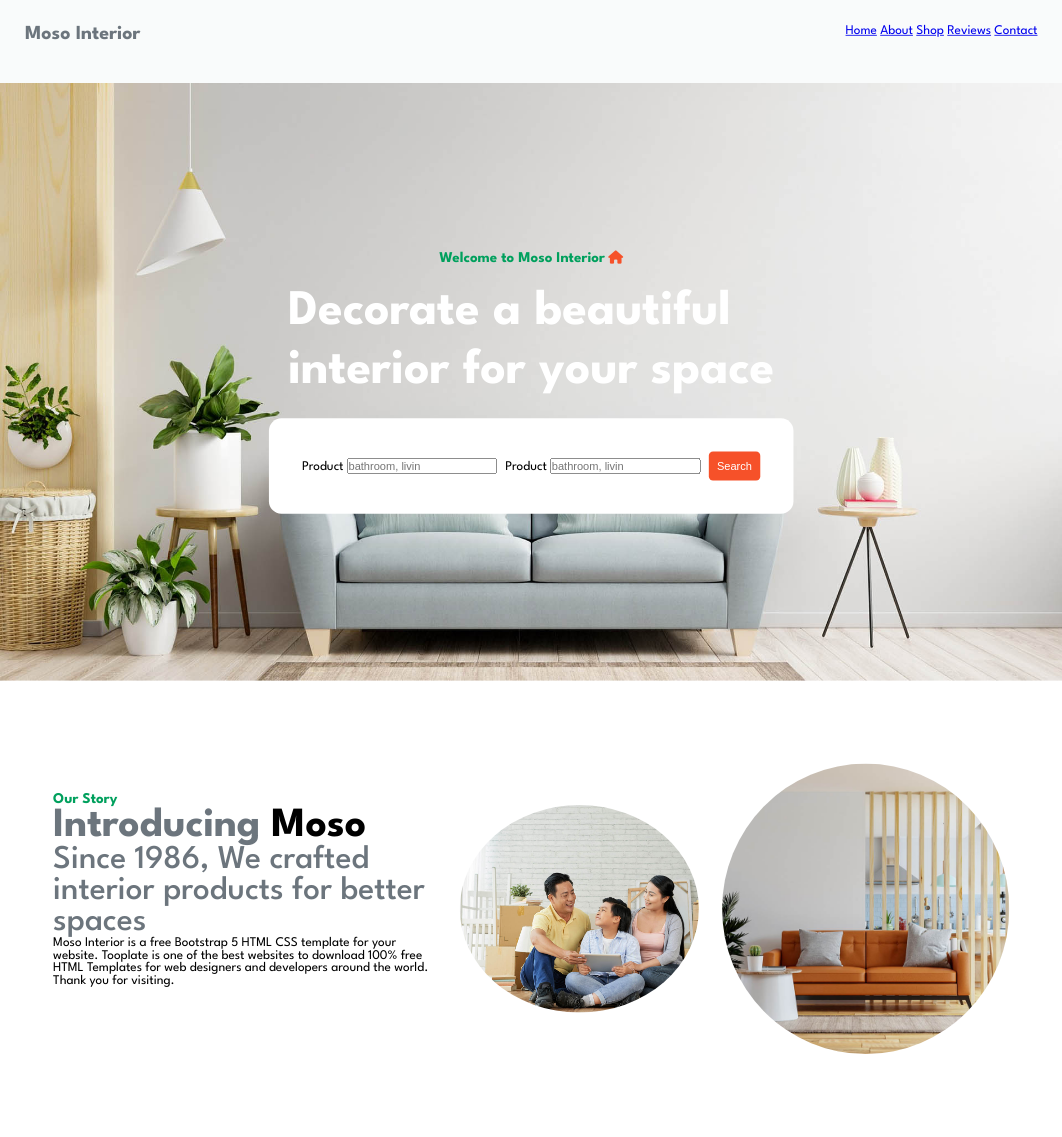
Repository: mariamnabil23/furniture
Page: index.html
The author's editor kept a copy of each file at every save. The page is drawn from the files as they stood at one save, then again after the next save.
The browser window is 1280 px wide. The pictures show the whole page, at 83% of full size.
Some web fonts or font styles are not loaded; a fallback is used.

Above is the page before, as saved 2024-10-30 16:23:35.

### index.html
<!DOCTYPE html>
<html lang="en">

<head>
    <meta charset="UTF-8">
    <meta name="viewport" content="width=device-width, initial-scale=1.0">
    <title>Furnture</title>

    <!-- font awesome -->
    <link rel="stylesheet" href="https://cdnjs.cloudflare.com/ajax/libs/font-awesome/6.0.0-beta3/css/all.min.css">

    <!-- google font -->
    <link rel="preconnect" href="https://fonts.googleapis.com">
    <link rel="preconnect" href="https://fonts.gstatic.com" crossorigin>
    <link
        href="https://fonts.googleapis.com/css2?family=Anton&family=DM+Sans:ital,opsz,wght@0,9..40,100..1000;1,9..40,100..1000&family=Inter:wght@100..900&family=Karla:ital,wght@0,200..800;1,200..800&family=League+Spartan:wght@100..900&family=Montserrat:ital,wght@0,100..900;1,100..900&family=Nunito:ital,wght@0,200..1000;1,200..1000&family=Playwrite+GB+S:ital,wght@0,100..400;1,100..400&family=Saira+Semi+Condensed:wght@100;200;300;400;500;600;700;800;900&family=Sorts+Mill+Goudy:ital@0;1&family=Tajawal:wght@200;300;400;500;700;800;900&family=Work+Sans:ital,wght@0,100..900;1,100..900&family=Yellowtail&family=Zen+Dots&display=swap"
        rel="stylesheet">


    <link rel="stylesheet" href="style.css">
</head>

<body>
    <div class="container">
        <div class="navbar">
            <div class="left">
                <h2>Moso Interior</h2>
            </div>
            <div class="right">
                <ul>
                    <li><a href="#">Home</a></li>
                    <li><a href="#">About</a></li>
                    <li><a href="#">Shop</a></li>
                    <li><a href="#">Reviews</a></li>
                    <li><a href="#">Contact</a></li>
                </ul>
            </div>
        </div>

        <!-- home section -->
        <section class="home">
            <div class="content">
                <div class="top">
                    <h5>Welcome to Moso Interior</h5>
                    <i class="fas fa-home"></i>
                </div>
                <div class="middle">
                    <h1>Decorate a beautiful <br> interior for your space</h1>
                </div>
                <div class="bottom">
                    <div class="l">
                        <label>Product</label>
                        <input placeholder="bathroom, livin">
                    </div>
                    <div class="r">
                        <label>Product</label>
                        <input placeholder="bathroom, livin">
                    </div>
                    <div class="btn">
                        <button>Search</button>
                    </div>
                    <div class="down"><i class="fas fa-arrow"></i></div>
                </div>
            </div>
        </section>

        <!-- about section -->
        <section class="about">
            <div class="content">
                <div class="left">
                    <h5>Our Story</h5>
                    <h1>Introducing <span>Moso</span></h1>
                    <h2>Since 1986, We crafted <br> interior products for better <br> spaces</h2>
                    <p>Moso Interior is a free Bootstrap 5 HTML CSS template for your website. Tooplate is one of the
                        best websites to download 100% free HTML Templates for web designers and developers around the
                        world. Thank you for visiting.</p>
                </div>
                <div class="middle">
                    <img src="/images/about1.jpg">
                </div>
                <div class="right">
                    <img src="/images/about2.jpg">
                </div>
            </div>
        </section>
    </div>
</body>

</html>

### style.css
@import url('https://fonts.googleapis.com/css2?family=Anton&family=DM+Sans:ital,opsz,wght@0,9..40,100..1000;1,9..40,100..1000&family=Inter:wght@100..900&family=Karla:ital,wght@0,200..800;1,200..800&family=League+Spartan:wght@100..900&family=Montserrat:ital,wght@0,100..900;1,100..900&family=Nunito:ital,wght@0,200..1000;1,200..1000&family=Playwrite+GB+S:ital,wght@0,100..400;1,100..400&family=Saira+Semi+Condensed:wght@100;200;300;400;500;600;700;800;900&family=Sorts+Mill+Goudy:ital@0;1&family=Tajawal:wght@200;300;400;500;700;800;900&family=Work+Sans:ital,wght@0,100..900;1,100..900&family=Yellowtail&family=Zen+Dots&display=swap');


*{
    box-sizing: border-box;
    padding: 0;
    margin: 0;
}
body{
    font-family: "League Spartan", sans-serif;
}
ul{
    list-style: none;
}

.navbar{
    width: 100%;
    height: 100px;
    background-color: rgb(249, 251, 251);
    padding: 30px;
}
.navbar .left{
    float: left;
    display: inline;
}
.navbar .right{
    float: right;
    display: inline;
}
.navbar .right ul li{
    display: inline;
}


/* home */
.home{
    width: 100%;
    height: 100vh;
    background-image: url("/images/home-bg-1.jpg");
    background-size: cover;
    display: flex;
    flex-direction: column;
    align-items: center;
    justify-content: center;
    align-items: center;
}
.home .content{
    display: flex;
    flex-direction: column;
    align-items: center;
    justify-content: center;
    align-items: center;
}
.home .top h5{
    display: inline;
    color: #00a05d;
    font-size: 18px;
}
.home .top i{
    color: #f65129;
}
.home .middle h1{
    color: white;
    font-size: 60px;
    margin: 20px 0;
    line-height: 1.2;
}
.home .bottom {
    background: white;
    border-radius: 15px;
    padding: 40px;
    display: flex;
}
.home .bottom .l,
.home .bottom .r{
    margin: auto;
}
.home .bottom .r,
.home .bottom .btn{
    padding-left: 10px;
}
.home .bottom button{
    background: #f65129;
    padding: 10px;
    color: white;
    border: none;
    border-radius: 5px;
}


/* about */

.about{

}
.about .content{
    display: flex;
    justify-content: space-between;
    align-items: center;
    width: 90%;
    margin: 100px auto;
}
.about .left{
    width: 40%;
    height: 280px;
}
.about .left h5{
    color: #00a05d;
    font-size: 18px;
}
.about .middle{
    width: 25%;
    height: 250px;
}
.about .middle img{
    width: 100%;
    height: 100%;
    object-fit: cover;
    border-radius: 100%;
}
.about .right{
    width: 30%;
    height: 350px;
}
.about .right img{
    width: 100%;
    height: 100%;
    object-fit: cover;
    border-radius: 100%;
}
.about .left h1, h2{
    color: #6c757d;
}
.about .left h1{
    font-size: 50px;
    font-weight: ;
}
.about .left h2{
    font-size: 40px;
    font-weight: 500;

}
.about .left span{
    color: black;
}

After the next save:
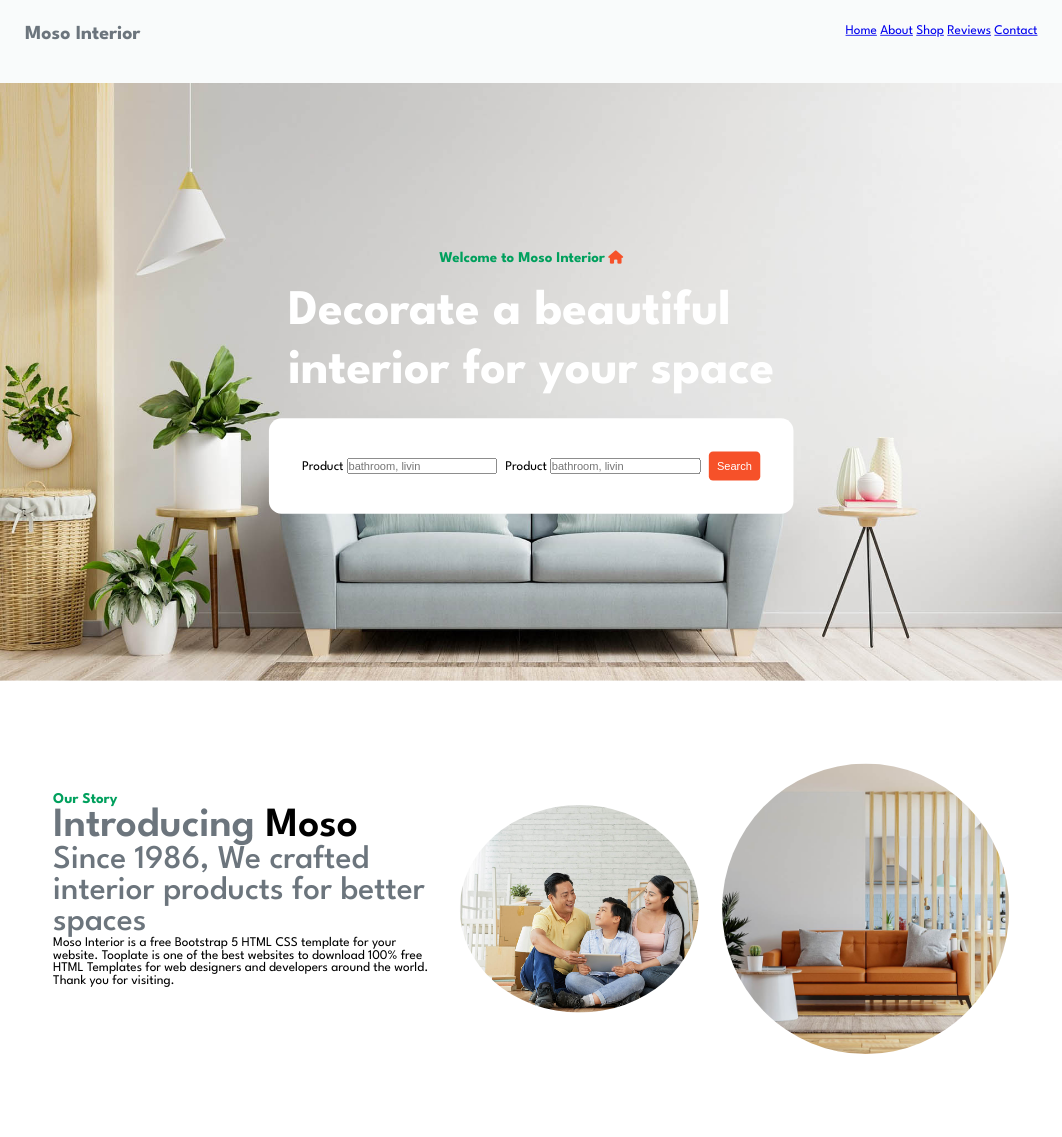
Saved 8 s later.
--- a/style.css
+++ b/style.css
@@ -133,7 +133,7 @@ ul{
 }
 .about .left h1{
     font-size: 50px;
-    font-weight: ;
+    font-weight: 600;
 }
 .about .left h2{
     font-size: 40px;
